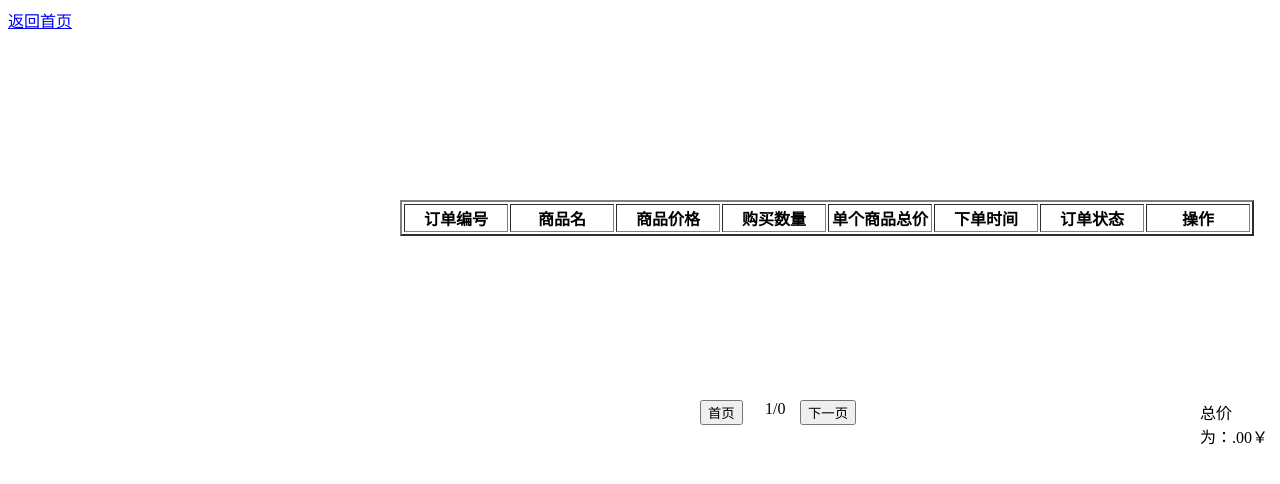
Repository: Gale-student/Gale-student.github.io
Page: http://localhost/weshop/OrdersDetailUnpaidQueryServlet
These files come from the project's save history. The page is drawn as it stood at one moment and after the next save; the edit follows.
The browser window is 1280 px wide. The pictures show the whole page.
The page is served by Tomcat 9. Other server files are loaded and not shown. Queries for data that is not in the repository find no rows.

Above is the page before, as saved 2022-10-05 13:13:15.

### WeShop/weshop/WebRoot/WEB-INF/jsp/OrdersUnpaidQueryOfUser.jsp
<%@ page language="java" import="java.util.*,com.company.entity.*" pageEncoding="utf-8"%>
<%
String path = request.getContextPath();
String basePath = request.getScheme()+"://"+request.getServerName()+":"+request.getServerPort()+path+"/";
%>

<!DOCTYPE HTML PUBLIC "-//W3C//DTD HTML 4.01 Transitional//EN">
<html>
  <head>
    <base href="<%=basePath%>">

    <title>My JSP 'OrdersUnpaidQueryOfUser.jsp' starting page</title>

	<meta http-equiv="pragma" content="no-cache">
	<meta http-equiv="cache-control" content="no-cache">
	<meta http-equiv="expires" content="0">
	<meta http-equiv="keywords" content="keyword1,keyword2,keyword3">
	<meta http-equiv="description" content="This is my page">
	<!--
	<link rel="stylesheet" type="text/css" href="styles.css">
	-->
  <%
      List<OrdersDetail> ordersDetailList = (List<OrdersDetail>)request.getAttribute("ordersDetailList");

      int currentPage = (Integer) session.getAttribute("currentPage");
      int allPage = (Integer) session.getAttribute("allPage");

      String upPage = "上一页";
      String downPage = "下一页";
      if(currentPage == 1){
         upPage = "首页";
      }
      if(currentPage == allPage){
         downPage = "尾页";
      }

      String totalPrice = (String) request.getAttribute("totalPrice");
      if(totalPrice == null){
         totalPrice = "";
      }
   %>
    <style type="text/css">
     th{
        width: 100px;
     }
     td{
        width: 100px;
     }
   </style>
  </head>

  <body>
   <a href="ShoppingHomePage.jsp">返回首页</a>
    <table style="position: absolute; left: 400px; top: 200px; text-align: center;" border="2" cellspacing="2">
       <tr>
          <th>订单编号</th>
          <th>商品名</th>
          <th>商品价格</th>
          <th>购买数量</th>
          <th>单个商品总价</th>
          <th>下单时间</th>
          <th>订单状态</th>
          <th>操作</th>
       </tr>
       <%for(int i = 0; i < ordersDetailList.size(); i ++){ %>
       <tr>
          <td><%=ordersDetailList.get(i).getOid() %></td>
          <td><%=ordersDetailList.get(i).getSname() %></td>
          <td><%=ordersDetailList.get(i).getSprice() %>.00￥</td>
          <td><%=ordersDetailList.get(i).getQuantity() %>.0</td>
          <td><%=ordersDetailList.get(i).getShopPrice() %>.00￥</td>
          <td><%=ordersDetailList.get(i).getDate() %></td>
          <td><%=ordersDetailList.get(i).getStatus() %></td>
          <td>
             <form action="OrdersCancelOfUserServlet" method="post">
                <input style="position: absolute; visibility: hidden;" type="text" value=<%=ordersDetailList.get(i).getOid() %> name="oid">
                <input type="submit" value="取消订单">
             </form>
          </td>
       </tr>
       <%} %>
    </table>
    <div style="position: absolute; left: 700px; top: 400px;">
    <form action="OrdersDetailUnpaidUpPageServlet" method="post">
       <input type="submit" value=<%=upPage %>>
    </form>
    <label style="position: absolute; top: 0px; left: 65px;"><%=currentPage + "/" + allPage %></label>
    <form style="position: absolute; top: 0px; left: 100px;" action="OrdersDetailUnpaidDownPageServlet" method="post">
       <input type="submit" value=<%=downPage %>>
    </form>

    </div>
    <label style="position: absolute; left: 1200px; top: 400px;">总价为：<%=totalPrice %>.00￥</label>
  </body>
</html>

### WeShop/weshop/src/com/company/controller/OrdersDetailUnpaidQueryServlet.java
package com.company.controller;

import java.io.IOException;
import java.io.PrintWriter;
import java.util.List;

import javax.servlet.ServletException;
import javax.servlet.http.HttpServlet;
import javax.servlet.http.HttpServletRequest;
import javax.servlet.http.HttpServletResponse;
import javax.servlet.http.HttpSession;

import com.company.entity.OrdersDetail;
import com.company.service.OrdersService;
import com.company.service.OrdersServiceImpl;

public class OrdersDetailUnpaidQueryServlet extends HttpServlet {

	/**
	 * The doGet method of the servlet. <br>
	 *
	 * This method is called when a form has its tag value method equals to get.
	 *
	 * @param request the request send by the client to the server
	 * @param response the response send by the server to the client
	 * @throws ServletException if an error occurred
	 * @throws IOException if an error occurred
	 */
	public void doGet(HttpServletRequest request, HttpServletResponse response)
			throws ServletException, IOException {

		doPost(request, response);
	}

	/**
	 * The doPost method of the servlet. <br>
	 *
	 * This method is called when a form has its tag value method equals to post.
	 *
	 * @param request the request send by the client to the server
	 * @param response the response send by the server to the client
	 * @throws ServletException if an error occurred
	 * @throws IOException if an error occurred
	 */
	public void doPost(HttpServletRequest request, HttpServletResponse response)
			throws ServletException, IOException {

		HttpSession hs = request.getSession();
		String uid = (String)hs.getAttribute("uid");
		OrdersService ordersService = new OrdersServiceImpl();
		try {
			List<OrdersDetail> ordersDetailList = ordersService.queryOrdersDetailUnpaid(uid, 0);
			int allRows = ordersService.OrdersDetailUnpaidAllRows(uid);
			int allPage = allRows / 3;
			if(allRows % 3 != 0){
				allPage ++;
			}
			String totalPrice = ordersService.queryTotalPriceOfUserUnpaidOrders(uid);
			request.setAttribute("totalPrice", totalPrice);
			hs.setAttribute("allPage", allPage);
			hs.setAttribute("currentPage", 1);
			request.setAttribute("ordersDetailList", ordersDetailList);
			request.getRequestDispatcher("WEB-INF/jsp/OrdersUnpaidQueryOfUser.jsp").forward(request, response);
		} catch (Exception e) {
			// TODO Auto-generated catch block
			e.printStackTrace();
		}

	}

}

### WeShop/weshop/src/com/company/service/OrdersServiceImpl.java
package com.company.service;

import java.util.List;

import com.company.dao.OrdersDao;
import com.company.dao.OrdersDaoImpl;
import com.company.entity.Orders;
import com.company.entity.OrdersDetail;

public class OrdersServiceImpl implements OrdersService {
	private OrdersDao ordersDao = new OrdersDaoImpl();

    //获取订单表总行数
	public int OrdersAllRows() throws Exception {
		int ordersAllRows = ordersDao.OrdersAllRows();
		return ordersAllRows;
	}

    //添加订单(购买 下单 默认未支付状态)
	public void addOrders(String uid, String sid, String quantity)
			throws Exception {
		ordersDao.insertOrders(uid, sid, quantity);
	}

    //取消订单
	public void cancelOrders(String oid) throws Exception {
		ordersDao.deleteOrders(oid);
	}

    //订单表分页
	public List<Orders> ordersPagingQuery(int page) throws Exception {
		List<Orders> ordersList = ordersDao.ordersPaging(page * 3, 3);
		return ordersList;
	}

    //根据订单编号查订单
	public List<Orders> queryOrdersByOid(String oid) throws Exception {
		List<Orders> ordersList = ordersDao.selectOrdersByOid(oid);
		return ordersList;
	}

    //查看未支付订单
	public List<Orders> queryOrdersByStatusUnpaid() throws Exception {
		List<Orders> ordersList = ordersDao.selectOrdersByStatusUnpaid();
		return ordersList;
	}

	//通过用户ID查订单
	public List<Orders> queryOrdersByUid(String uid) throws Exception {
		List<Orders> ordersList = ordersDao.selectOrdersByUid(uid);
		return ordersList;
	}

	//修改商品数量
	public void modifyQuantity(String sid, String quantity) throws Exception {
		ordersDao.updateQuantity(sid, quantity);
	}

	//查找所有订单
	public List<Orders> queryAllOrders() throws Exception {
		List<Orders> ordersList = ordersDao.selectAllOrders();
		return ordersList;
	}

	//查看用户所有订单详情
	public List<OrdersDetail> selectOrdersDetail(String uid, int page) throws Exception {
		List<OrdersDetail> ordersDetailList = ordersDao.selectOrdersDetail(uid, page * 3, 3);
		return ordersDetailList;
	}

	//获取用户订单表总行数
	public int OrdersDetailAllRows(String uid) throws Exception {
		int ordersDetailAllRows = ordersDao.OrdersDetailAllRows(uid);
		return ordersDetailAllRows;
	}

	//获取用户未支付订单总行数
	public int OrdersDetailUnpaidAllRows(String uid) throws Exception {
		int ordersDetailUnpaidAllRows = ordersDao.OrdersDetailUnpaidAllRows(uid);
		return ordersDetailUnpaidAllRows;
	}

	//查看用户未支付订单详情
	public List<OrdersDetail> queryOrdersDetailUnpaid(String uid, int page) throws Exception {
		List<OrdersDetail> ordersDetaiUnpaidlList = ordersDao.selectOrdersDetailUnpaid(uid, page * 3, 3);
		return ordersDetaiUnpaidlList;
	}

	//
	public String queryTotalPriceOfUserUnpaidOrders(String uid)
			throws Exception {
		String totalPrice = ordersDao.selectTotalPriceOfUserUnpaidOrders(uid);
		return totalPrice;
	}


}

### WeShop/weshop/src/com/company/dao/OrdersDao.java
package com.company.dao;

import java.util.List;

import com.company.entity.Orders;
import com.company.entity.OrdersDetail;

public interface OrdersDao {
	//删除订单(取消订单)
	public void deleteOrders(String oid) throws Exception;
	//订单表分页
	public List<Orders> ordersPaging(int offset, int count) throws Exception;
	//获取订单表总行数
	public int OrdersAllRows() throws Exception;
	//根据订单号查找订单
	public List<Orders> selectOrdersByOid(String oid) throws Exception;
	//查看未支付订单
	public List<Orders> selectOrdersByStatusUnpaid() throws Exception;
	//用户下单(添加订单)
	public void insertOrders(String uid, String sid, String quantity) throws Exception;
	//根据用户ID查订单
	public List<Orders> selectOrdersByUid(String uid) throws Exception;
	//更新订单中商品数量
	public void updateQuantity(String sid, String quantity) throws Exception;
	//查寻所有订单
	public List<Orders> selectAllOrders() throws Exception;
	//订单详情表分页(用户)
	public List<OrdersDetail> selectOrdersDetail(String uid, int offset, int count) throws Exception;
	//获取用户订单表总行数
	public int OrdersDetailAllRows(String uid) throws Exception;
	//用户未支付订单分页查询
	public List<OrdersDetail> selectOrdersDetailUnpaid(String uid, int offset, int count) throws Exception;
	//获取用户未支付订单表总行数
	public int OrdersDetailUnpaidAllRows(String uid) throws Exception;
	//获取所有未支付订单的总价
	public String selectTotalPriceOfUserUnpaidOrders(String uid) throws Exception;
}

### WeShop/weshop/src/com/company/dao/OrdersDaoImpl.java
package com.company.dao;

import java.sql.Connection;
import java.sql.Date;
import java.sql.DriverManager;
import java.sql.PreparedStatement;
import java.sql.ResultSet;
import java.text.DateFormat;
import java.util.ArrayList;
import java.util.List;

import com.company.entity.Orders;
import com.company.entity.OrdersDetail;
import com.company.entity.User;

public class OrdersDaoImpl implements OrdersDao {
	private String url = "jdbc:mysql://localhost:3306/test?characterEncoding=utf-8";
    private String username = "root";
    private String password = "root";

    //获取订单表总行数(管理员)
	public int OrdersAllRows() throws Exception {
		Class.forName("com.mysql.jdbc.Driver");
		Connection conn = DriverManager.getConnection(url, username, password);
		String sql = " select count(*) as rows from orders ";
		PreparedStatement ps = conn.prepareStatement(sql);
		ResultSet rs = ps.executeQuery();
		rs.next();
		int rows = rs.getInt("rows");
		return rows;
	}

    //删除订单(管理员)
	public void deleteOrders(String oid) throws Exception {
		Class.forName("com.mysql.jdbc.Driver");
		Connection conn = DriverManager.getConnection(url, username, password);
		String sql = " delete from orders where oid = ? ";
		PreparedStatement ps = conn.prepareStatement(sql);
		ps.setString(1, oid);
		ps.execute();
		conn.close();

	}

    //订单表分页(管理员)
	public List<Orders> ordersPaging(int offset, int count) throws Exception {
		Class.forName("com.mysql.jdbc.Driver");
		Connection conn = DriverManager.getConnection(url, username, password);
		String sql = " select * from orders limit ?, ? ";
		PreparedStatement ps = conn.prepareStatement(sql);
		ps.setInt(1, offset);
		ps.setInt(2, count);
		ResultSet rs = ps.executeQuery();
		List<Orders> ordersList = new ArrayList<Orders>();
		while(rs.next()){
			String oid = rs.getString("oid");
			String uid = rs.getString("uid");
			String sid = rs.getString("sid");
			String quantity = rs.getString("quantity");
			String date = rs.getString("date");
			String status = rs.getString("status");
			Orders orders = new Orders();
			orders.setOid(oid);
			orders.setUid(uid);
			orders.setSid(sid);
			orders.setQuantity(quantity);
			orders.setDate(date);
			orders.setStatus(status);
            ordersList.add(orders);
		}
		return ordersList;
	}

    //根据订单号查找订单(管理员)
	public List<Orders> selectOrdersByOid(String oid) throws Exception {
		Class.forName("com.mysql.jdbc.Driver");
		Connection conn = DriverManager.getConnection(url, username, password);
		String sql = " select * from orders where oid = ? ";
		PreparedStatement ps = conn.prepareStatement(sql);
		ps.setString(1, oid);
		ResultSet rs = ps.executeQuery();
		List<Orders> ordersList = new ArrayList<Orders>();
		while(rs.next()){
			String uid = rs.getString("uid");
			String sid = rs.getString("sid");
			String quantity = rs.getString("quantity");
			String date = rs.getString("date");
			String status = rs.getString("status");
			Orders orders = new Orders();
			orders.setOid(oid);
			orders.setUid(uid);
			orders.setSid(sid);
			orders.setQuantity(quantity);
			orders.setDate(date);
			orders.setStatus(status);
			ordersList.add(orders);
		}
		return ordersList;
	}

    //查看未支付订单(管理员)
	public List<Orders> selectOrdersByStatusUnpaid() throws Exception {
		Class.forName("com.mysql.jdbc.Driver");
		Connection conn = DriverManager.getConnection(url, username, password);
		String sql = " select * from orders where status = '0' ";
		PreparedStatement ps = conn.prepareStatement(sql);
		ResultSet rs = ps.executeQuery();
		List<Orders> ordersList = new ArrayList<Orders>();
		while(rs.next()){
			String oid = rs.getString("oid");
			String uid = rs.getString("uid");
			String sid = rs.getString("sid");
			String quantity = rs.getString("quantity");
			String date = rs.getString("date");
			String status = rs.getString("status");
			Orders orders = new Orders();
			orders.setOid(oid);
			orders.setUid(uid);
			orders.setSid(sid);
			orders.setQuantity(quantity);
			orders.setDate(date);
			orders.setStatus(status);
			ordersList.add(orders);
		}
		return ordersList;
	}

	//添加订单(用户购买)
	public void insertOrders(String uid, String sid, String quantity) throws Exception {
		Class.forName("com.mysql.jdbc.Driver");
		Connection conn = DriverManager.getConnection(url, username, password);

		System.currentTimeMillis();
		String oid = "" + System.currentTimeMillis();
		String sql = " insert into orders values ( ?, ?, ?, ?, now(), 0 ) ";
		PreparedStatement ps = conn.prepareStatement(sql);
		ps.setString(1, oid);
		ps.setString(2, uid);
		ps.setString(3, sid);
		ps.setString(4, quantity);
		ps.execute();
		conn.close();

	}

	//根据用户ID查询订单(管理员)
	public List<Orders> selectOrdersByUid(String uid) throws Exception {
		Class.forName("com.mysql.jdbc.Driver");
		Connection conn = DriverManager.getConnection(url, username, password);
		String sql = " select * from orders where uid = ? ";
		PreparedStatement ps = conn.prepareStatement(sql);
		ps.setString(1, uid);
		ResultSet rs = ps.executeQuery();
		List<Orders> ordersList = new ArrayList<Orders>();
		while(rs.next()){
			String oid = rs.getString("oid");
			String sid = rs.getString("sid");
			String quantity = rs.getString("quantity");
			String date = rs.getString("date");
			String status = rs.getString("status");
			Orders orders = new Orders();
			orders.setOid(oid);
			orders.setUid(uid);
			orders.setSid(sid);
			orders.setQuantity(quantity);
			orders.setDate(date);
			orders.setStatus(status);
			ordersList.add(orders);
		}
		return ordersList;
	}

	//更新订单中商品数量(用户 添加相同商品)
	public void updateQuantity(String sid, String quantity) throws Exception {
		Class.forName("com.mysql.jdbc.Driver");
		Connection conn = DriverManager.getConnection(url, username, password);
		String sql = " update orders set quantity = quantity + ? where sid = ? and status = 0 ";
		PreparedStatement ps = conn.prepareStatement(sql);
		ps.setString(1, quantity);
		ps.setString(2, sid);
		ps.execute();
		conn.close();
	}

	//查询所有订单(管理员)
	public List<Orders> selectAllOrders() throws Exception {
		Class.forName("com.mysql.jdbc.Driver");
		Connection conn = DriverManager.getConnection(url, username, password);
		String sql = " select * from orders ";
		PreparedStatement ps = conn.prepareStatement(sql);
		ResultSet rs = ps.executeQuery();
		List<Orders> ordersList = new ArrayList<Orders>();
		while(rs.next()){
			String oid = rs.getString("oid");
			String uid = rs.getString("uid");
			String sid = rs.getString("sid");
			String quantity = rs.getString("quantity");
			String date = rs.getString("date");
			String status = rs.getString("status");
			Orders orders = new Orders();
			orders.setOid(oid);
			orders.setUid(uid);
			orders.setSid(sid);
			orders.setQuantity(quantity);
			orders.setDate(date);
			orders.setStatus(status);
			ordersList.add(orders);
		}
		return ordersList;
	}

	//用户订单详情表分页
	public List<OrdersDetail> selectOrdersDetail(String uid, int offset, int count) throws Exception {
		Class.forName("com.mysql.jdbc.Driver");
		Connection conn = DriverManager.getConnection(url, username, password);
		String sql = " select o.oid, o.uid, s.sname, s.sprice, o.quantity,  " +
				"(o.quantity * s.sprice) as shopPrice, o.date, o.status from orders " +
				"o inner join shop s where s.sid = o.sid and o.uid = ? limit ?, ? ";
		PreparedStatement ps = conn.prepareStatement(sql);
		ps.setString(1, uid);
		ps.setInt(2, offset);
		ps.setInt(3, count);
		ResultSet rs = ps.executeQuery();
		List<OrdersDetail> ordersDetailList = new ArrayList<OrdersDetail>();
		while(rs.next()){
			String oid = rs.getString("oid");
			String sname = rs.getString("sname");
			String sprice = rs.getString("sprice");
			String quantity = rs.getString("quantity");
			String shopPrice = rs.getString("shopPrice");
			String date = rs.getString("date");
			String status = rs.getString("status");
			OrdersDetail ordersDetail = new OrdersDetail();
			ordersDetail.setOid(oid);
			ordersDetail.setUid(uid);
			ordersDetail.setSname(sname);
			ordersDetail.setSprice(sprice);
			ordersDetail.setQuantity(quantity);
			ordersDetail.setShopPrice(shopPrice);
			ordersDetail.setDate(date);
			ordersDetail.setStatus(status);
			ordersDetailList.add(ordersDetail);
		}
		return ordersDetailList;
	}

	//获取用户订单详情表总行数
	public int OrdersDetailAllRows(String uid) throws Exception {
		Class.forName("com.mysql.jdbc.Driver");
		Connection conn = DriverManager.getConnection(url, username, password);
		String sql = " select count(*) as rows from orders where uid = ? ";
		PreparedStatement ps = conn.prepareStatement(sql);
		ps.setString(1, uid);
		ResultSet rs = ps.executeQuery();
		rs.next();
		int rows = rs.getInt("rows");
		conn.close();
		return rows;
	}

	//获取用户未支付订单总行数
	public int OrdersDetailUnpaidAllRows(String uid) throws Exception {
		Class.forName("com.mysql.jdbc.Driver");
		Connection conn = DriverManager.getConnection(url, username, password);
		String sql = " select count(*) as rows from orders where uid = ? and status = 0 ";
		PreparedStatement ps = conn.prepareStatement(sql);
		ps.setString(1, uid);
		ResultSet rs = ps.executeQuery();
		rs.next();
		int rows = rs.getInt("rows");
		conn.close();
		return rows;
	}

	//查询用户未支付订单
	public List<OrdersDetail> selectOrdersDetailUnpaid(String uid, int offset,
			int count) throws Exception {
		Class.forName("com.mysql.jdbc.Driver");
		Connection conn = DriverManager.getConnection(url, username, password);
		String sql = " select o.oid, o.uid, s.sname, s.sprice, o.quantity,  " +
				"(o.quantity * s.sprice) as shopPrice, o.date, o.status from orders " +
				"o inner join shop s where s.sid = o.sid and o.uid = ? and o.status = 0 limit ?, ? ";
		PreparedStatement ps = conn.prepareStatement(sql);
		ps.setString(1, uid);
		ps.setInt(2, offset);
		ps.setInt(3, count);
		ResultSet rs = ps.executeQuery();
		List<OrdersDetail> ordersDetailList = new ArrayList<OrdersDetail>();
		while(rs.next()){
			String oid = rs.getString("oid");
			String sname = rs.getString("sname");
			String sprice = rs.getString("sprice");
			String quantity = rs.getString("quantity");
			String shopPrice = rs.getString("shopPrice");
			String date = rs.getString("date");
			String status = rs.getString("status");
			OrdersDetail ordersDetail = new OrdersDetail();
			ordersDetail.setOid(oid);
			ordersDetail.setUid(uid);
			ordersDetail.setSname(sname);
			ordersDetail.setSprice(sprice);
			ordersDetail.setQuantity(quantity);
			ordersDetail.setShopPrice(shopPrice);
			ordersDetail.setDate(date);
			ordersDetail.setStatus(status);
			ordersDetailList.add(ordersDetail);
		}
		return ordersDetailList;
	}

	//获取用户未支付订单的总价
	public String selectTotalPriceOfUserUnpaidOrders(String uid)
			throws Exception {
		Class.forName("com.mysql.jdbc.Driver");
		Connection conn = DriverManager.getConnection(url, username, password);
		String sql = " select sum(o.quantity * s.sprice) as totalPrice from orders o inner join shop s where uid = ? and status = 0 ";
		PreparedStatement ps = conn.prepareStatement(sql);
		ps.setString(1, uid);
		ResultSet rs = ps.executeQuery();
		rs.next();
		String totalPrice = rs.getString("totalPrice");
		return totalPrice;
	}

}

After the next save:
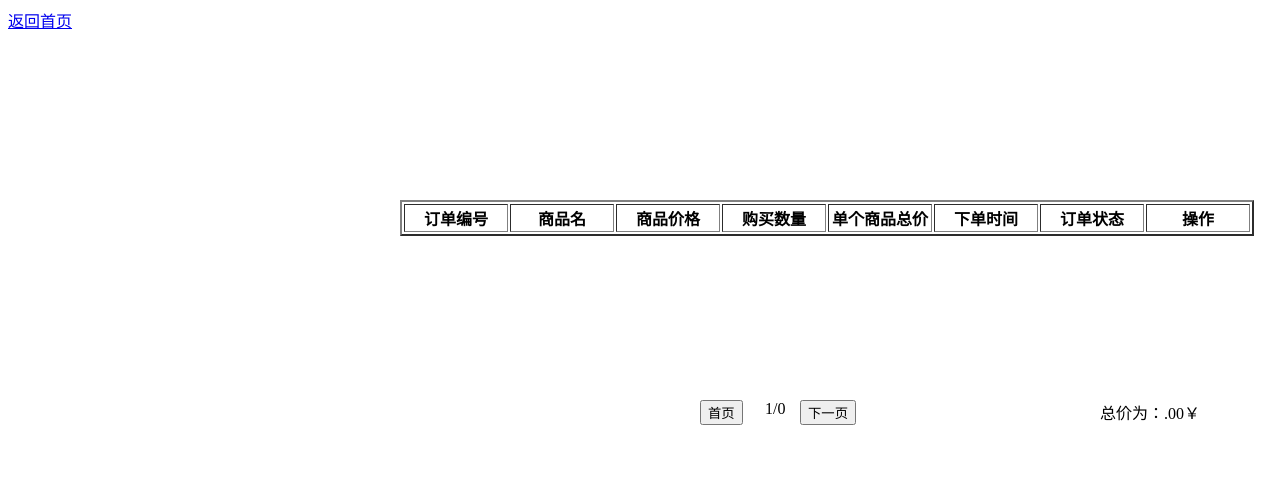
Saved 11 s later.
--- a/WeShop/weshop/WebRoot/WEB-INF/jsp/OrdersUnpaidQueryOfUser.jsp
+++ b/WeShop/weshop/WebRoot/WEB-INF/jsp/OrdersUnpaidQueryOfUser.jsp
@@ -90,6 +90,6 @@ String basePath = request.getScheme()+"://"+request.getServerName()+":"+request.
     </form>
 
     </div>
-    <label style="position: absolute; left: 1200px; top: 400px;">总价为：<%=totalPrice %>.00￥</label>
+    <label style="position: absolute; left: 1100px; top: 400px;">总价为：<%=totalPrice %>.00￥</label>
   </body>
 </html>
